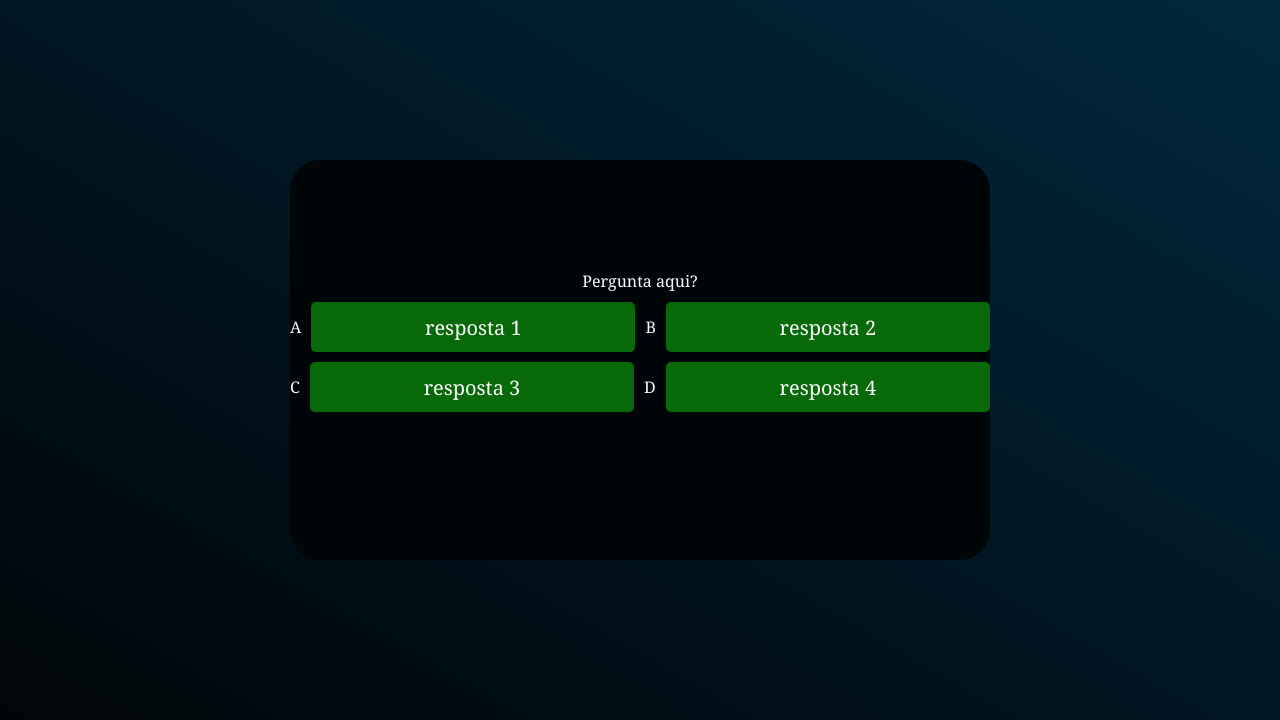
Repository: LaisSilvaO/Projeto-Quizz
Page: telas/index.html
The author's editor kept a copy of each file at every save. The page is drawn from the files as they stood at one save, then again after the next save.
The browser window is 1280 px wide. The pictures show the whole page.

Above is the page before, as saved 2024-12-26 11:37:51.

After the next save:
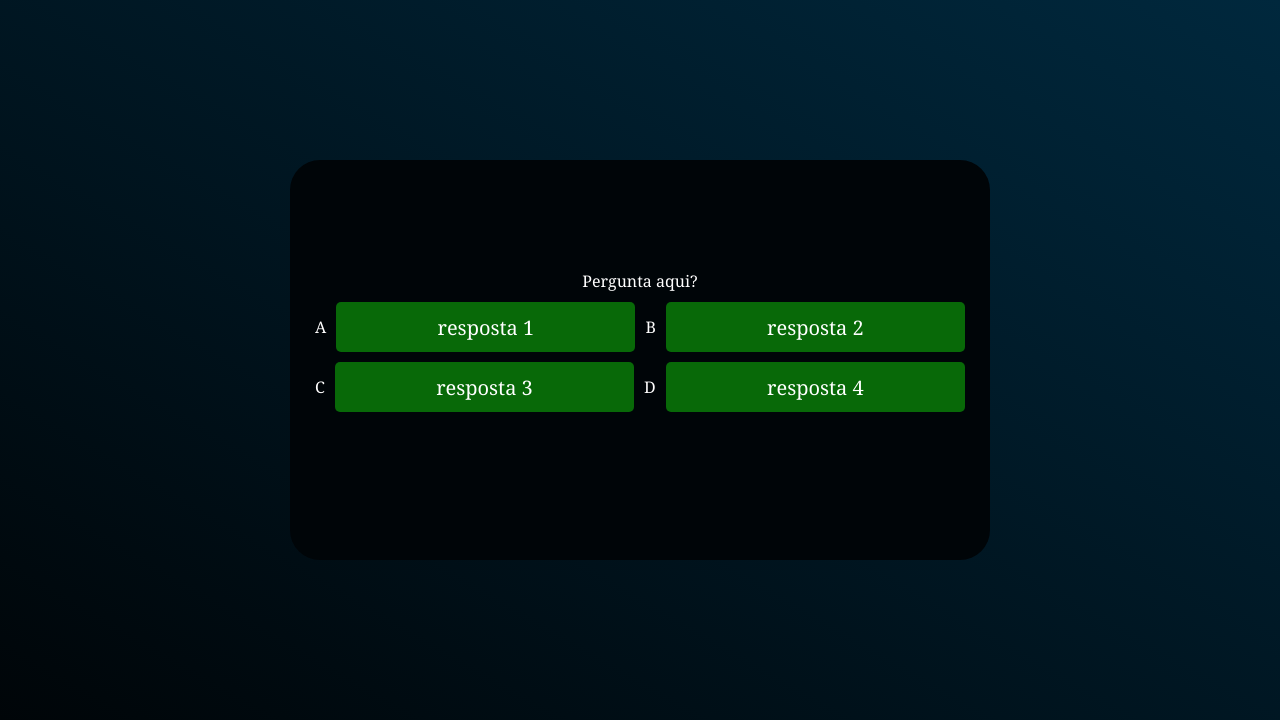
Saved 10 s later.
--- a/img/tela.css
+++ b/img/tela.css
@@ -139,7 +139,7 @@ h4 {
   gap: 10px;
   justify-content: center;
   align-items: center;
-  width: 700px; /* Aumentado o botão das respostas*/
+  width: 650px; /* Aumentado o botão das respostas*/
   height: 50px; /* Aumentado */
 }
 
